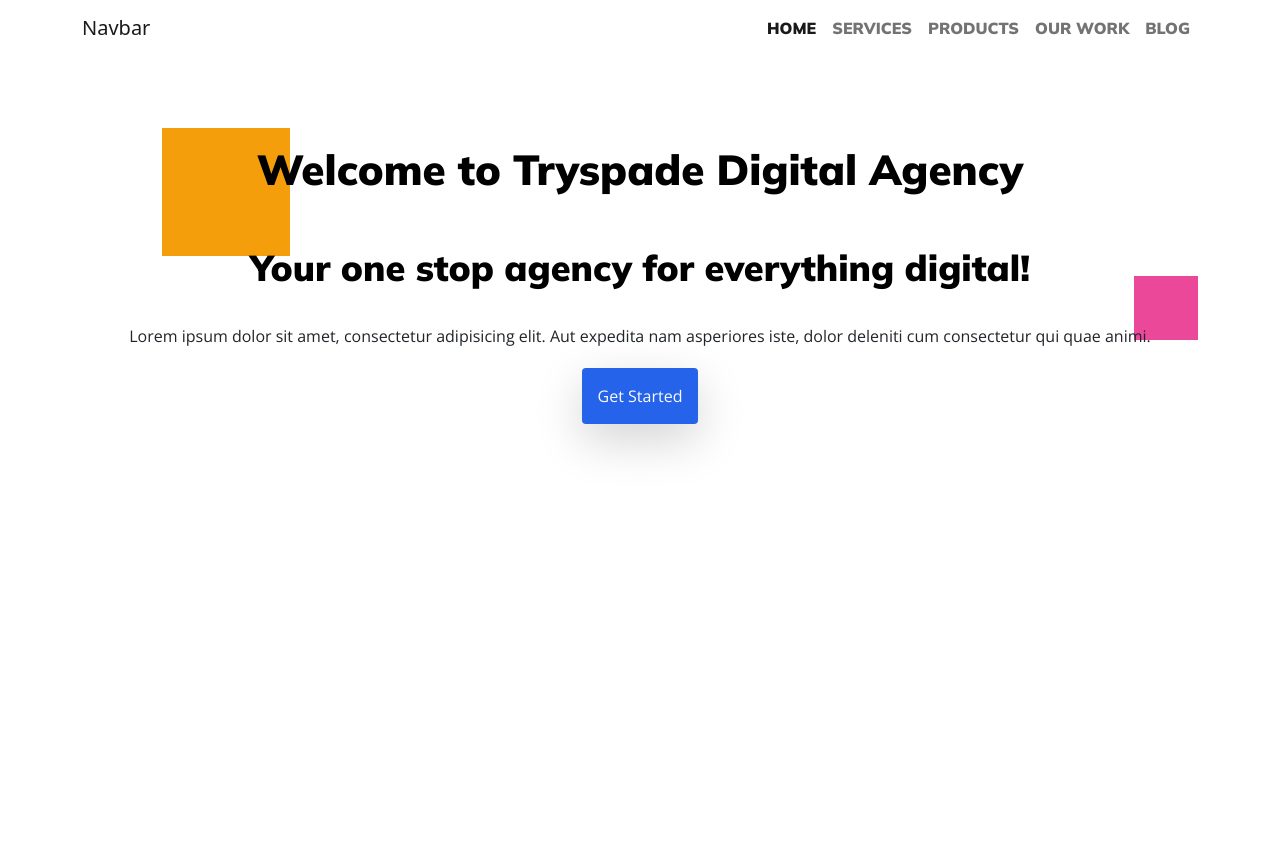
Repository: latenightsnacc/super-octo-fortnight
Page: index.html
An editor plug-in stored every save of this project. The page is shown before and after the next save, followed by the edit.
The browser window is 1280 px wide. The pictures show the whole page.
Some web libraries are served in a nearby version. The style sheet was rebuilt from its Sass, Less or Tailwind sources for each picture, by a compiler version that may differ from the author's.

Above is the page before, as saved 2021-01-29 13:01:07.

After the next save:
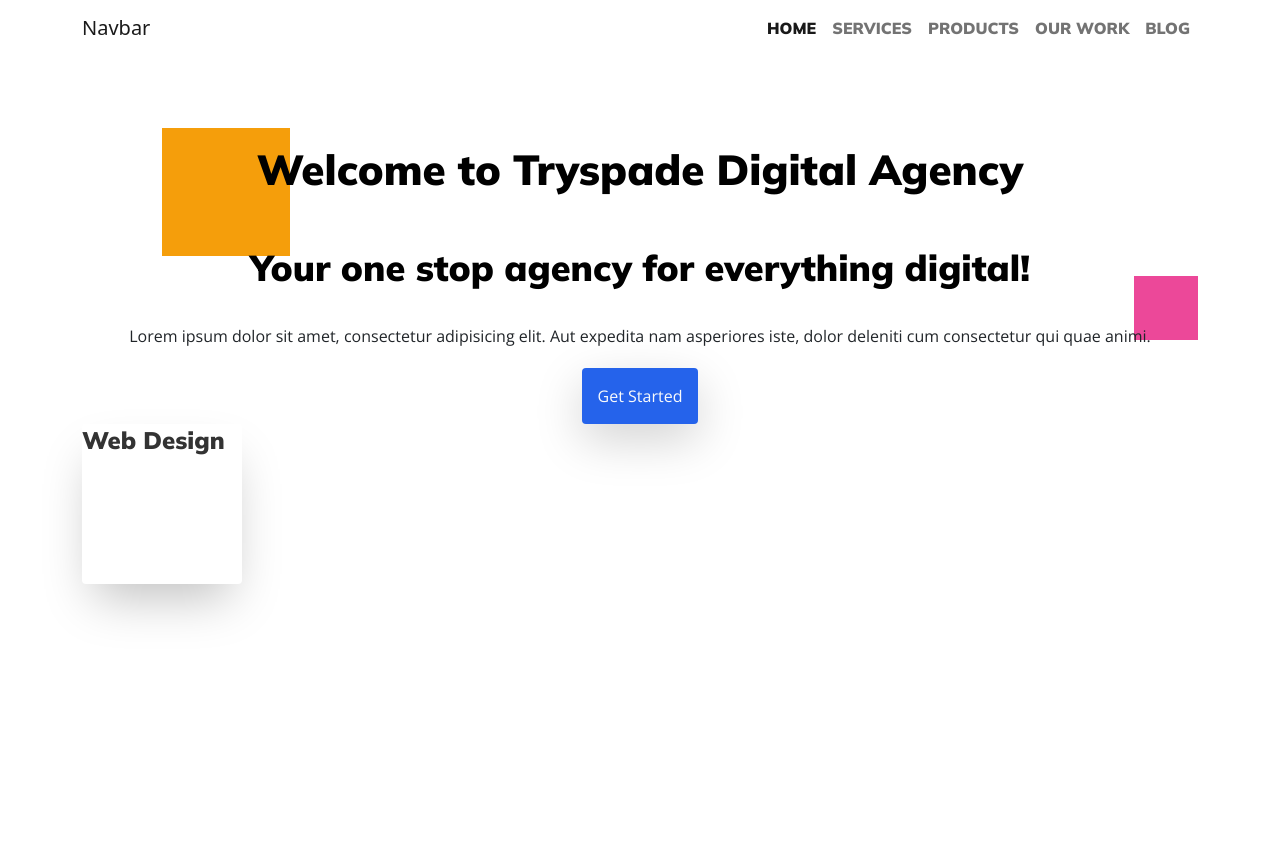
Saved 75 s later.
--- a/index.html
+++ b/index.html
@@ -77,8 +77,8 @@
             <div class="container">
                 <div class="row">
                     <div class="col-xs-12 col-sm-12 col-md-4 col-lg-3 col-xl-3">
-                        <div class="w-">
-
+                        <div class="w-40 h-40 bg-white shadow-2xl rounded">
+                            <h3>Web Design</h3>
                         </div>
                     </div>
                 </div>
